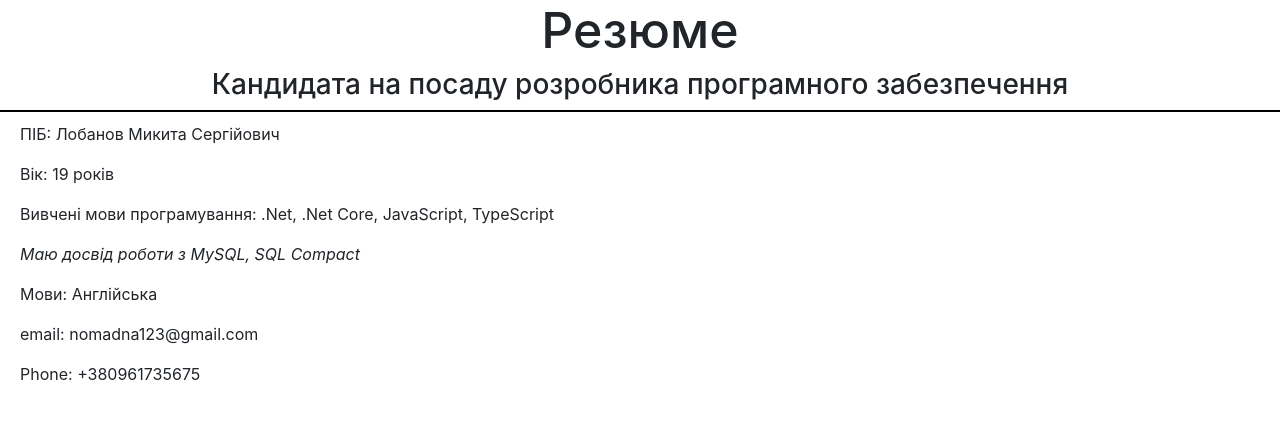
Repository: sMoonBeam/Labs
Page: AboutAuthor/WebContent/about.html
The author's editor kept a copy of each file at every save. The page is drawn from the files as they stood at one save, then again after the next save.
The browser window is 1280 px wide. The pictures show the whole page.

Above is the page before, as saved 2019-10-16 20:24:58.

After the next save:
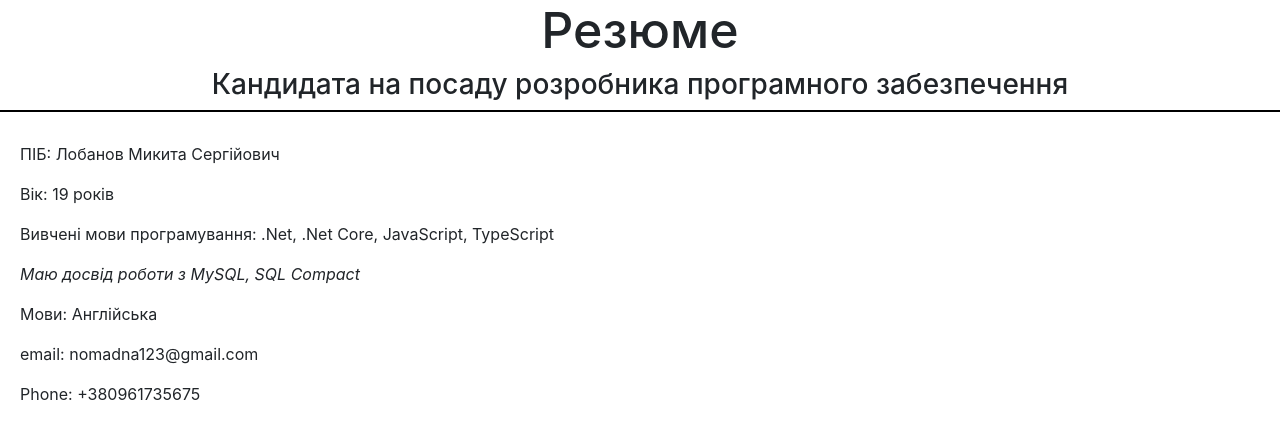
Saved 6 s later.
--- a/AboutAuthor/WebContent/about.html
+++ b/AboutAuthor/WebContent/about.html
@@ -11,7 +11,7 @@
 		<h1 style="font-size:50px;">Резюме</h1>
 		<h3>Кандидата на посаду розробника програмного забезпечення</h3>
 	</div>
-	<div style="padding-top:10px;">
+	<div style="padding-top:30px;">
 		<p style="text-indent:20px">ПIБ: Лобанов Микита Сергійович</p>
 		<p style="text-indent:20px">Вiк: 19 рокiв</p>
 		<p style="text-indent:20px">Вивченi мови програмування: .Net, .Net Core, JavaScript, TypeScript</p>
